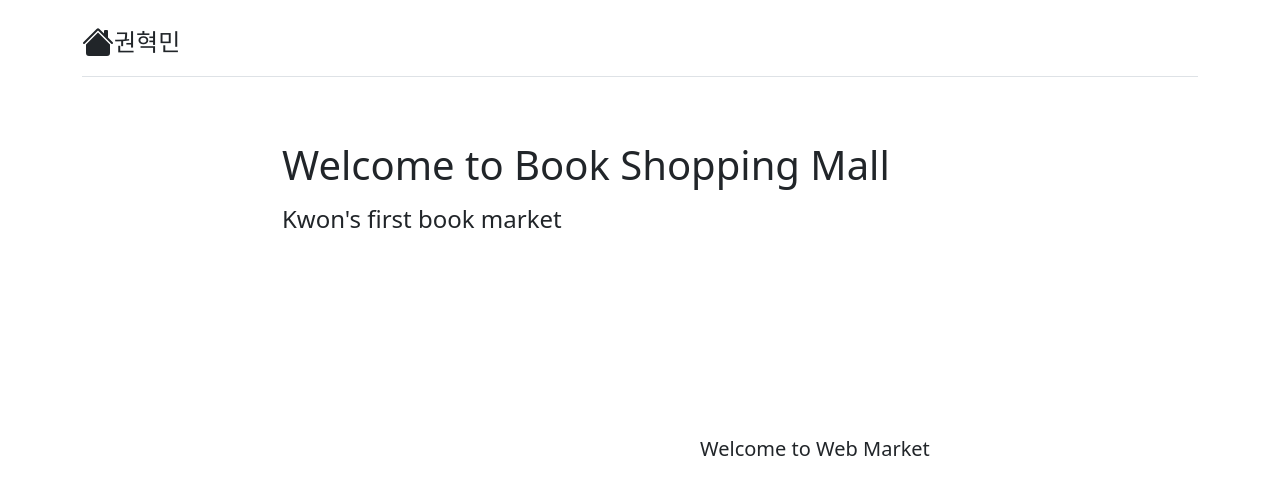
Repository: minn0701/JSP-Webbprogramming
Page: http://localhost/BookMarket/Welcome.jsp
An editor plug-in stored every save of this project. The page is shown before and after the next save, followed by the edit.
The browser window is 1280 px wide. The pictures show the whole page.
The page is served by Tomcat 9.

Above is the page before, as saved 2024-03-20 13:20:06.

After the next save:
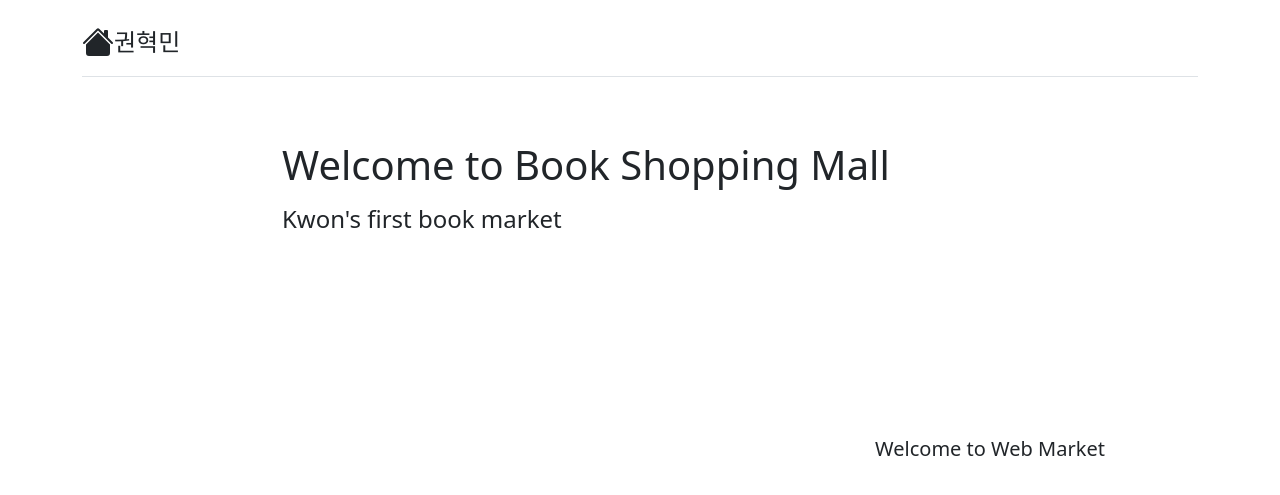
Saved 21 s later.
--- a/BookMarket/src/main/webapp/Welcome.jsp
+++ b/BookMarket/src/main/webapp/Welcome.jsp
@@ -47,7 +47,7 @@
     font-size : 20px;
 ">
 
-Welcome to Web Market
+<center>Welcome to Web Market</center>
 
 
 </div>
